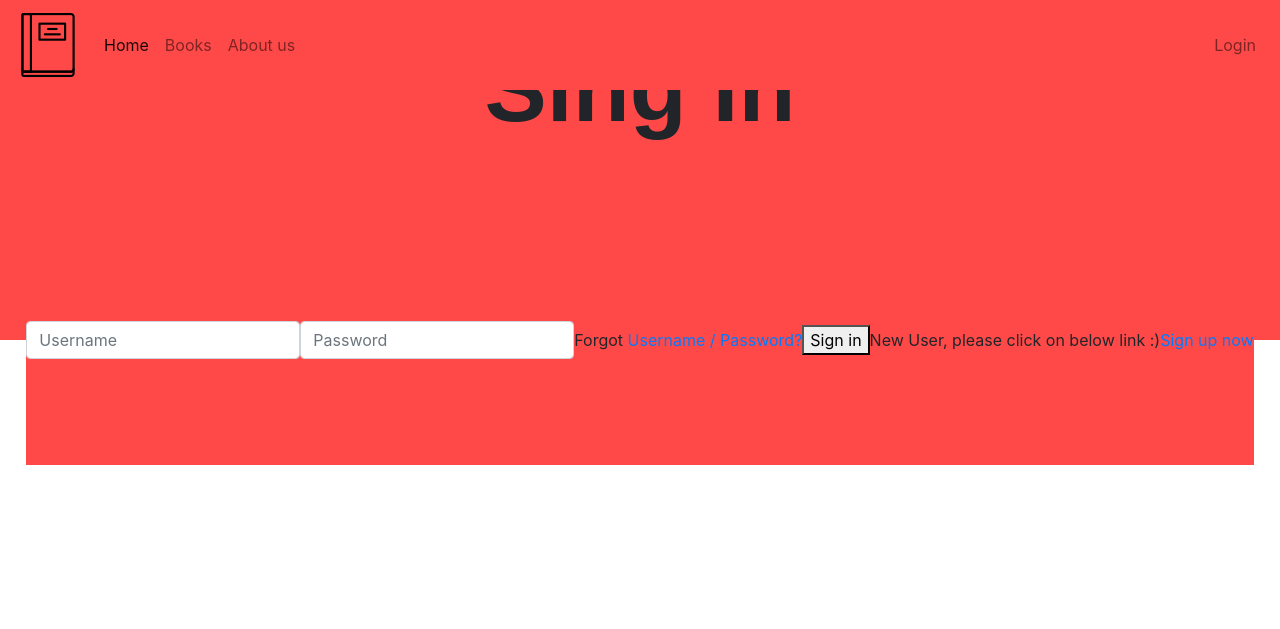
Repository: abhishekgandhi2398/BookStore
Page: http://localhost/BookStore/ulogin.jsp
An editor plug-in stored every save of this project. The page is shown before and after the next save, followed by the edit.
The browser window is 1280 px wide. The pictures show the whole page.
The page is served by Tomcat 9. Other server files are loaded and not shown.

Above is the page before, as saved 2019-12-06 15:20:49.
Console error: TypeError: Cannot read properties of undefined (reading 'fn')

### ProjectJava/BookStore/WebContent/ulogin.jsp
<%@ page language="java" contentType="text/html; charset=ISO-8859-1"
    pageEncoding="ISO-8859-1"%>
<!DOCTYPE html>
<html>
<head>
<meta charset="ISO-8859-1">

<link rel="stylesheet" href="https://maxcdn.bootstrapcdn.com/bootstrap/4.0.0/css/bootstrap.min.css">
<script src="https://maxcdn.bootstrapcdn.com/bootstrap/4.0.0/js/bootstrap.min.js"></script>


<title>Insert title here</title>
</head>
<body>


<nav class="navbar navbar-expand-lg navbar-light" style="background-color: #FF4948">
  <img src="img/logo.png" class="navbar-brand">
  <button class="navbar-toggler" type="button" data-toggle="collapse" data-target="#navbarTogglerDemo02" aria-controls="navbarTogglerDemo02" aria-expanded="false" aria-label="Toggle navigation">
    <span class="navbar-toggler-icon"></span>
  </button>

  <div class="collapse navbar-collapse" id="navbarTogglerDemo02">
    <ul class="navbar-nav mr-auto mt-2 mt-lg-0">
      <li class="nav-item active">
        <a class="nav-link" href="1.jsp">Home <span class="sr-only">(current)</span></a>
      </li>
      <li class="nav-item">
        <a class="nav-link" href="User_Products.jsp">Books</a>
      </li>
      <li class="nav-item">
        <a class="nav-link" href="#">About us</a>
      </li>
    </ul>

    <form class="form-inline my-2 my-lg-0">
        <ul class="navbar-nav mr-auto mt-2 mt-lg-0">

     <%
String q=(String)session.getAttribute("mobno");

if(q==null)
{
     %>
       <li class="nav-item">
        <a class="nav-link" href="ulogin.jsp">Login</a>
      </li>
<%}
else
{ %>
      <li class="nav-item">
        <a class="nav-link" href="vc.jsp">View Cart</a>
      </li>
      <li class="nav-item">
        <a class="nav-link" href="vieworderuser.jsp">View Orders</a>
      </li>
        <li class="nav-item">
        <a class="nav-link" href="ulogout.jsp">Logout</a>
      </li>

  <%      }


%>
      </ul>


    </form>
  </div>
</nav>


<div style="background-color: #FF4948; height: 250px; width: 100%;" class="d-flex justify-content-center  align-items-center">



				<form class="login100-form validate-form p-l-55 p-r-55 p-t-178" method="get" action="login.jsp">



<div style="background-color: #FF4948; height: 250px; width: 100%;" class="d-flex justify-content-center  align-items-center">


					<b style="font-family: sans-serif; font-size: 70pt;">Sing In</b>
</div>

<div style="background-color: #FF4948; height: 250px; width: 100%;" class="d-flex justify-content-center  align-items-center">

					<br>
					<br>

					<div class="wrap-input100 validate-input m-b-16" data-validate="Please enter Mobile No.">
						<input class="form-control" type="number" name="mobile" placeholder="Username">
						<span class="focus-input100"></span>
					</div>

					<div class="wrap-input100 validate-input" data-validate = "Please enter password">
						<input class="form-control" type="password" name="password" placeholder="Password">
						<span class="focus-input100"></span>
					</div>

					<div class="text-right p-t-13 p-b-23">
						<span class="txt1">
							Forgot
						</span>

						<a href="#" class="txt2">
							Username / Password?
						</a>
					</div>

					<div class="container-login100-form-btn">
						<button class="login100-form-btn">
							Sign in
						</button>
					</div>


					<br>

						<span class="txt1 p-b-">
							New User, please click on below link :)
						</span>
					<br>
					<br>

						<a href="new_user.jsp" class="txt3">
							Sign up now
						</a>
					<br>
					<br>
	</div>
				</form>
			</div>
		</div>
	</div>



</div>


</body>
</html>

After the next save:
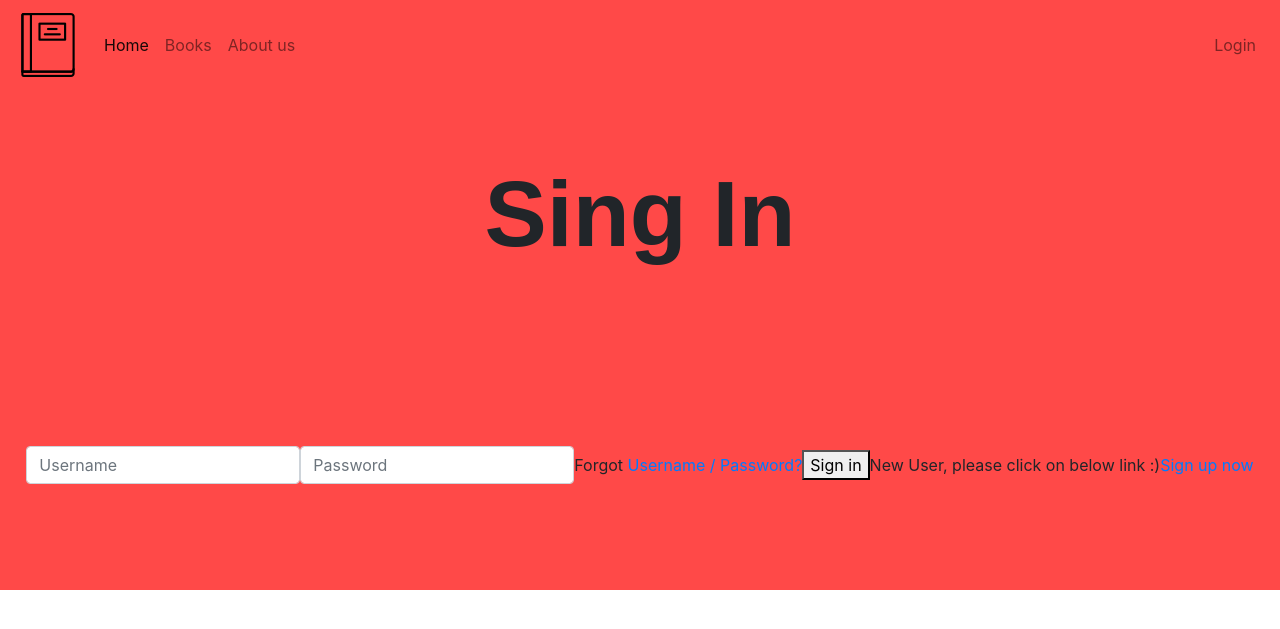
Saved 13 s later.
--- a/ProjectJava/BookStore/WebContent/ulogin.jsp
+++ b/ProjectJava/BookStore/WebContent/ulogin.jsp
@@ -74,11 +74,8 @@ else
 
 
 
-				<form class="login100-form validate-form p-l-55 p-r-55 p-t-178" method="get" action="login.jsp">
 
 
-
-<div style="background-color: #FF4948; height: 250px; width: 100%;" class="d-flex justify-content-center  align-items-center">
 
 
 					<b style="font-family: sans-serif; font-size: 70pt;">Sing In</b>
